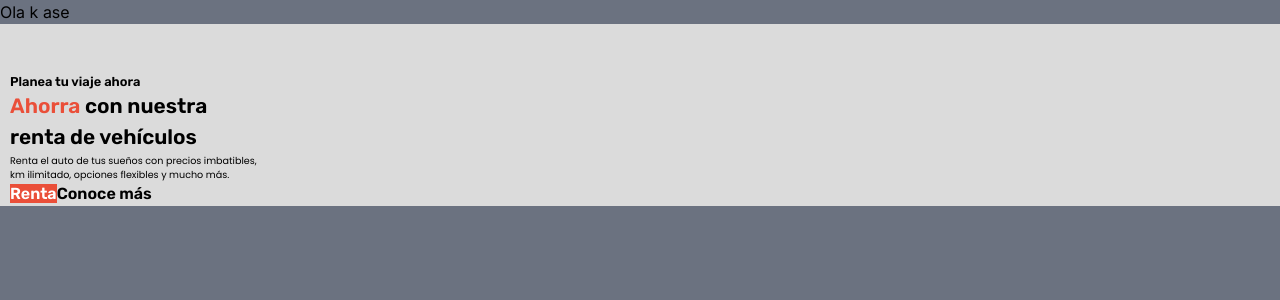
Repository: aldovelacasas/PF_RentCar2
Page: /homePage
These files come from the project's save history. The page is drawn as it stood at one moment and after the next save; the edit follows.
The browser window is 1280 px wide. The pictures show the whole page.
The project was rebuilt for these pictures with package versions that can differ from the ones it lists, and the page was loaded fresh each time. The framework's server and built-in components were replaced by stand-ins that run in the browser. Also part of the build but not shown: next.config.js.

Above is the page before, as saved 2023-08-29 19:11:01.

### src/app/layout.jsx
import "./globals.css";
import { Inter } from "next/font/google";

const inter = Inter({ subsets: ["latin"] });

export const metadata = {
  title: "Create Next App",
  description: "Generated by create next app",
};

export default function RootLayout({ children }) {
  return (
    <html lang="en">
      <body className={inter.className}>
        <h1>Ola k ase</h1>
        <div className="h-[calc(100vh-5rem)]">{children}</div>
      </body>
    </html>
  );
}

### src/app/homePage/page.jsx
import { Rubik, Poppins } from "next/font/google";

const fontRubik = Rubik({
  weight: "600",
  subsets: ["latin"],
});

const fontPoppins = Poppins({
  weight: "400",
  subsets: ["latin"],
});
const poppins = fontPoppins.className;
const rubik = fontRubik.className;

function HomePage() {
  return (
    <div className={`bg-gris_fondo ${rubik} space-y-0 space-x-2.5`}>
      <p className={`pt-12 ml-2.5 text-[0.8em]`}>Planea tu viaje ahora</p>
      <p className="text-[1.3em] mb-0 pb-0">
        <span className="text-naranja_enf mb-0 pb-0">Ahorra </span>
        con nuestra
      </p>
      <p className="text-[1.3em] mt-0 pt-0">renta de vehículos</p>
      <div>
        <p className={`${poppins} text-[0.6em]`}>
          Renta el auto de tus sueños con precios imbatibles,
        </p>
        <p className={`${poppins} text-[0.6em]`}>
          km ilimitado, opciones flexibles y mucho más.
        </p>
        <div>
          <a href="#form" className="bg-naranja_enf text-white">
            Renta
          </a>
          <a href="#form">Conoce más</a>
        </div>
      </div>
    </div>
  );
}

export default HomePage;

### src/app/api/products/[id]/route.js
import { NextResponse } from "next/server";
import {conn} from "@/libs/mysql"

export async function GET(request,{params}){
  try {
    const result = await conn.query("SELECT * FROM product WHERE id = ?", [params.id])
    if(result.length === 0 ){
        return NextResponse.json(
         {
            message: "producto no encontrado",
         },
         {
            status:404,
         }
        );
    }
    return NextResponse.json(result[0])
  } catch (error) {
    return NextResponse.json(
        {
            message:error.message,
        },
        {status: 500}
    )
  }
}

export async function DELETE (request,{params} ){
    try {
     const result = await conn.query("DELETE FROM product WHERE id = ?", [params.id]);
     if(result.affectedRows === 0){
         return NextResponse.json({message:"Producto no encontrado"},{status:404})
     }

     return new Response (null, {status: 204})
 } catch (error) {
     return NextResponse.json({message:error.message},{status:500})
 }
    }

export async  function PUT(request, {params}){
   try {
    const data = await request.json()
    const result = await conn.query("UPDATE product SET ? WHERE id = ?", [data , params.id])

    if (result.affectedRows === 0) {
        return NextResponse.json(
        {
            message: "producto no encontrado",
        },
        {
            status: 400,
        }
        )
    }
     const updateProduct = await conn.query("SELECT * FROM product WHERE id = ?", [params.id])

  return NextResponse.json(updateProduct[0])

   } catch (error) {
    return NextResponse.json(
        {
            message: error.message,
        },
        { status: 500}
    )
   }
}

### src/app/api/products/route.js
import { NextResponse } from "next/server";
import {conn} from "@/libs/mysql";

export async function GET(){
    try {
        const results = await conn.query("SELECT * FROM product");
        return NextResponse.json(results)

    } catch (error) {
        return NextResponse.json(
        {
          message: error.message,
        },
        {
            status:500,
        }

        );
    }
}

    export async function POST (request) {
  try {
    const {name, price, year, model, capacity, type, description, image, transmission,  }= await request.json();

    const result  = await conn.query("INSERT INTO product SET ?", {
        name,
        price,
        year,
        model,
        capacity,
        type,
        transmission,
        image,
        description

    })

    return NextResponse.json({
        name,
        price,
        year,
        model,
        capacity,
        type,
        transmission,
        image,
        description,
        id: result.insertId,

    })

  } catch (error) {
    console.log(error);
    return NextResponse.json(
    {
        message: error.message,
    },
    {
        status:500,
    }
    );
  }

}

### src/app/globals.css
@tailwind base;
@tailwind components;
@tailwind utilities;

body {
   @apply bg-gray-500; /* Fondo más claro */
   color: gray-800; /* Texto oscuro */
}

### tailwind.config.js
/** @type {import('tailwindcss').Config} */
module.exports = {
  content: [
    "./src/pages/**/*.{js,ts,jsx,tsx,mdx}",
    "./src/components/**/*.{js,ts,jsx,tsx,mdx}",
    "./src/app/**/*.{js,ts,jsx,tsx,mdx}",
  ],
  theme: {
    extend: {
      backgroundImage: {
        "gradient-radial": "radial-gradient(var(--tw-gradient-stops))",
        "gradient-conic":
          "conic-gradient(from 180deg at 50% 50%, var(--tw-gradient-stops))",
      },
      colors: {
        gris_fondo: "#dbdbdb",
        gris_frente: "#e9e9e9",
        negro_fondo: "#282828",
        naranja_enf: "#ea4f39",
        rojo_status: "#e30613",
        verde_status: "#4aaf4d",
        amarillo_status: "#f0e400",
      },
    },
  },
  plugins: [],
};

Loaded but not shown: src/app/api/bookings/[id]/route.js (no copy from this time; the picture is the same without it); src/app/api/bookings/route.js (no copy from this time; the picture is the same without it); src/app/api/create-payment-intent/route.js (no copy from this time; the picture is the same without it); src/app/api/post/[id]/route.js (no copy from this time; the picture is the same without it); src/app/api/post/route.js (no copy from this time; the picture is the same without it); src/app/api/users/[id]/route.js (no copy from this time; the picture is the same without it); src/app/api/users/route.js (no copy from this time; the picture is the same without it)

After the next save:
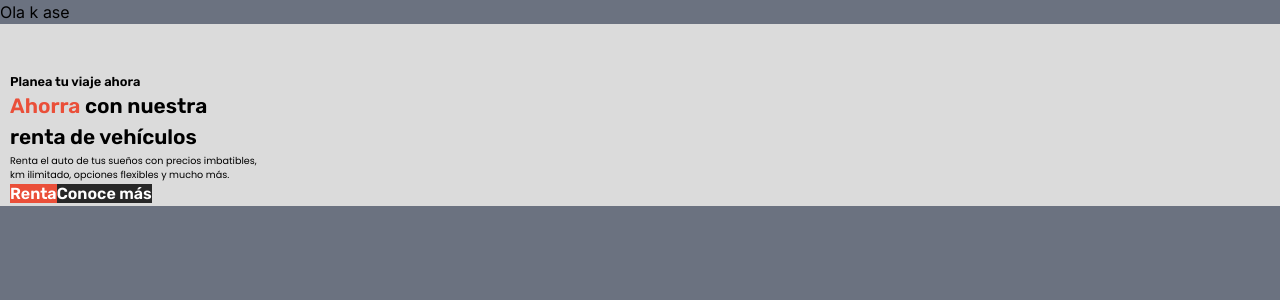
Saved 29 s later.
--- a/src/app/homePage/page.jsx
+++ b/src/app/homePage/page.jsx
@@ -29,10 +29,12 @@ function HomePage() {
           km ilimitado, opciones flexibles y mucho más.
         </p>
         <div>
-          <a href="#form" className="bg-naranja_enf text-white">
+          <a href="#form" className="bg-naranja_enf text-white ">
             Renta
           </a>
-          <a href="#form">Conoce más</a>
+          <a href="#form" className="bg-negro_fondo text-white">
+            Conoce más
+          </a>
         </div>
       </div>
     </div>
